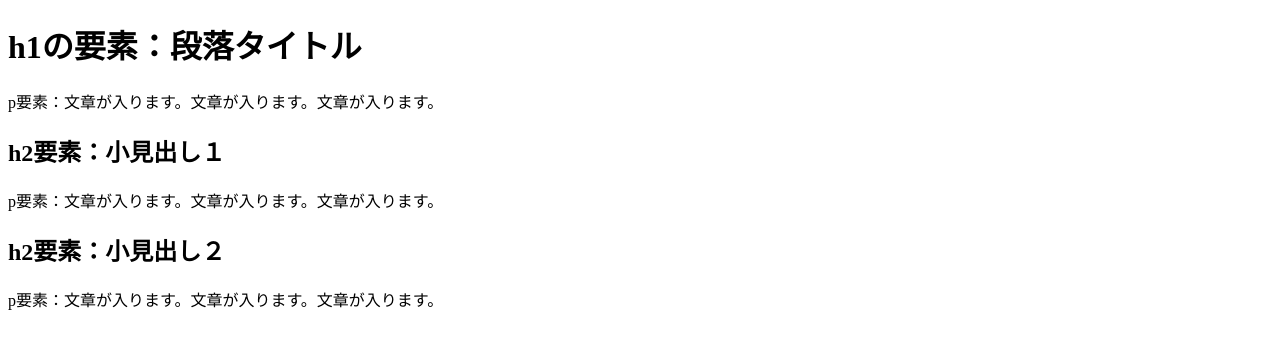
Repository: MoriTaiki1107/samurai_HTML-CSS
Page: index.html
The author's editor kept a record of every edit. The page is drawn from the files as they stood at one moment, then again after the next edit.
The browser window is 1280 px wide. The pictures show the whole page.

Above is the page before.

### index.html
<!DOCTYPE html>
<html lang="ja">
<head>
    <meta charset="UTF-8">
    <title>HTML/CSSの学習</title>
</head>
<body>
    <h1 class="blue">h1の要素：段落タイトル</h1>
    <p>p要素：文章が入ります。文章が入ります。文章が入ります。</p>
    <h2 class="blue">h2要素：小見出し１</h2>
    <p style="fs-25">
    p要素：文章が入ります。文章が入ります。文章が入ります。
    </p>
    <h2 id="red">h2要素：小見出し２</h2>
    <p style="fw-bold">
    p要素：文章が入ります。文章が入ります。文章が入ります。
    </p>
</body>
</html>

### stylesheet.css
@charset "utf-8";

body {
	margin: 0;
	padding: 0;
	font-family: "ヒラギノ角ゴ Pro W3", "Hiragino Kaku Gothic Pro", "メイリオ", Meiryo, Osaka, "ＭＳ Ｐゴシック", "MS PGothic", sans-serif;
	color: #333;
	font-size: 13px;
	line-height: 150%;
}

#wrapper {
    width: 100%;
    margin: auto;
    margin-top: -10px;
    padding: 0px;
    border: 0px;
    background-color: #FFF;
    top: 10px;
    position: relative;
}

 #header {
 	width: 100%;
 }
 #header h1
 {	 margin: 0;
	 padding: 0;
 }

 #corridor {
	 width: 100%;
	 height: auto;
 }

 #footer {
     clear: both;
     width: 100%;
     padding: 3px 0 3px 0;
     background: #39F;
     color: #FFF;
     font-weight: bold;
     text-align: center;
 }

 #nav {
     width: 100%;
 }
 #nav ul {
     display: flex;
     margin: 0;
     padding: 0;
     list-style-type: none;
 }
 #nav ul li {
     width: 20%;
     text-align: center;
 }
 #nav ul li a {
     display: block;
     height: 20px;
     margin: 0;
     padding: 10px;
     color: #FFF;
     font-size: 20px;
     text-decoration: none;
     background-color: green;
     border-left: 1px solid white;
 }

 #nav ul li a:hover {
     filter: drop-shadow(10px 10px 10px black);
 }

 #container {
     width: 100%;
     margin: auto;
     padding: auto;
     padding-top: 20px;
     clear: both;
     display: grid;
     grid-template-columns: 70vw 30vw;
 }

 #main {
    width: 95%;
    padding: 10px 30px 10px 10px;
 }

 #main h2 {
     margin: 0 0 10px 0;
     padding: 3px 10px 3px 10px;
     color: #FFF;
     font-size: 16px;
     border-left: solid 10px #C00;
     background: #F90 url(../images/main_h2.jpg) right top repeat-y;
 }

 #main p {
     margin: 0;
     padding: 0;
 }

 #main .post {
     margin: 0 0 30px 0;
 }

 main .post img .right {
     margin: 0 0 0 8px;
 }

 main .post img .left {
     margin: 0 8px 0 0;
 }

 .right {
     float: right;
     width: 40%;
     height: auto;
 }

 .left {
     float: left;
     width: 40%;
     height: auto;
 }

 .clearfix {
     zoom: 1;
 }

 .clearfix:after{
     content: "";
     display: block;
     clear: both;
 }

 #side {
     width: 85%;
     padding: 20px;
     background-color: #F99;
 }

 #side .box {
     margin: 0 auto 30px auto;
     padding: 0 0 20px 0;
     background: url(images/side_box.png) bottom no-repeat;
 }

 #side .box h2 {
     margin: 0;
     padding: 8px;
     text-align: center;
     color: #fff;
     font-size: 16px;
     line-height: 16px;
     font-weight: normal;
     background: url(images/side_box_h2.png) center no-repeat;
 }

 #side .box .boxBody {
     padding: 8px;
     border-right: solid 1px #C36;
     border-bottom: solid 1px #C36;
     border-left: solid 1px #C36;
     background: #fff;
 }

 #side .box .boxBody ul {
     margin: 0 0 16px 0;
     padding: 0;
 }

 #side .box .boxBody ul li {
     padding: 8px 0 8px 4px;
     list-style: none;
     border-bottom: solid 1px #C36;
 }

 #side .box .boxBody ul li:hover {
     padding: 8px 0 8px 4px;
     list-style: none;
     border-bottom: solid 1px #C36;
     box-shadow: 0px 4px 4px rgba(0, 0, 0, 0, 3);
 }

After the next edit:
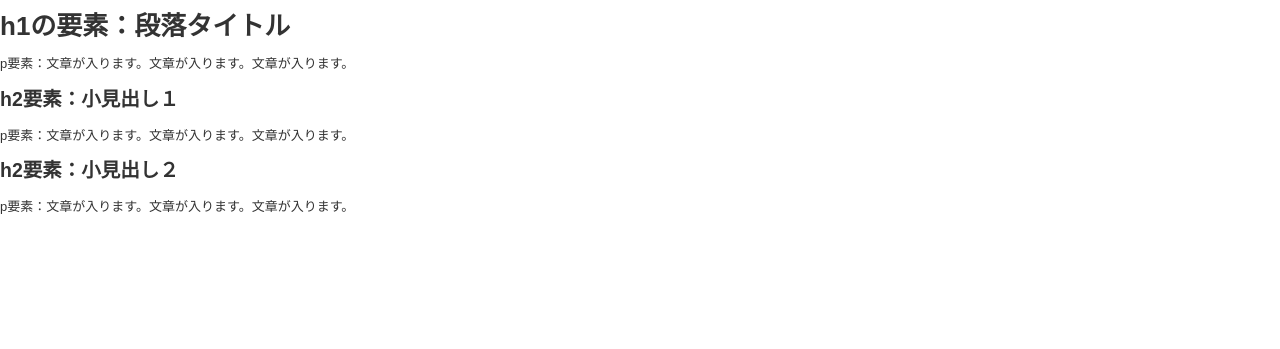
The edit:
--- a/index.html
+++ b/index.html
@@ -3,6 +3,7 @@
 <head>
     <meta charset="UTF-8">
     <title>HTML/CSSの学習</title>
+    <link rel="stylesheet" href="stylesheet.css">
 </head>
 <body>
     <h1 class="blue">h1の要素：段落タイトル</h1>
